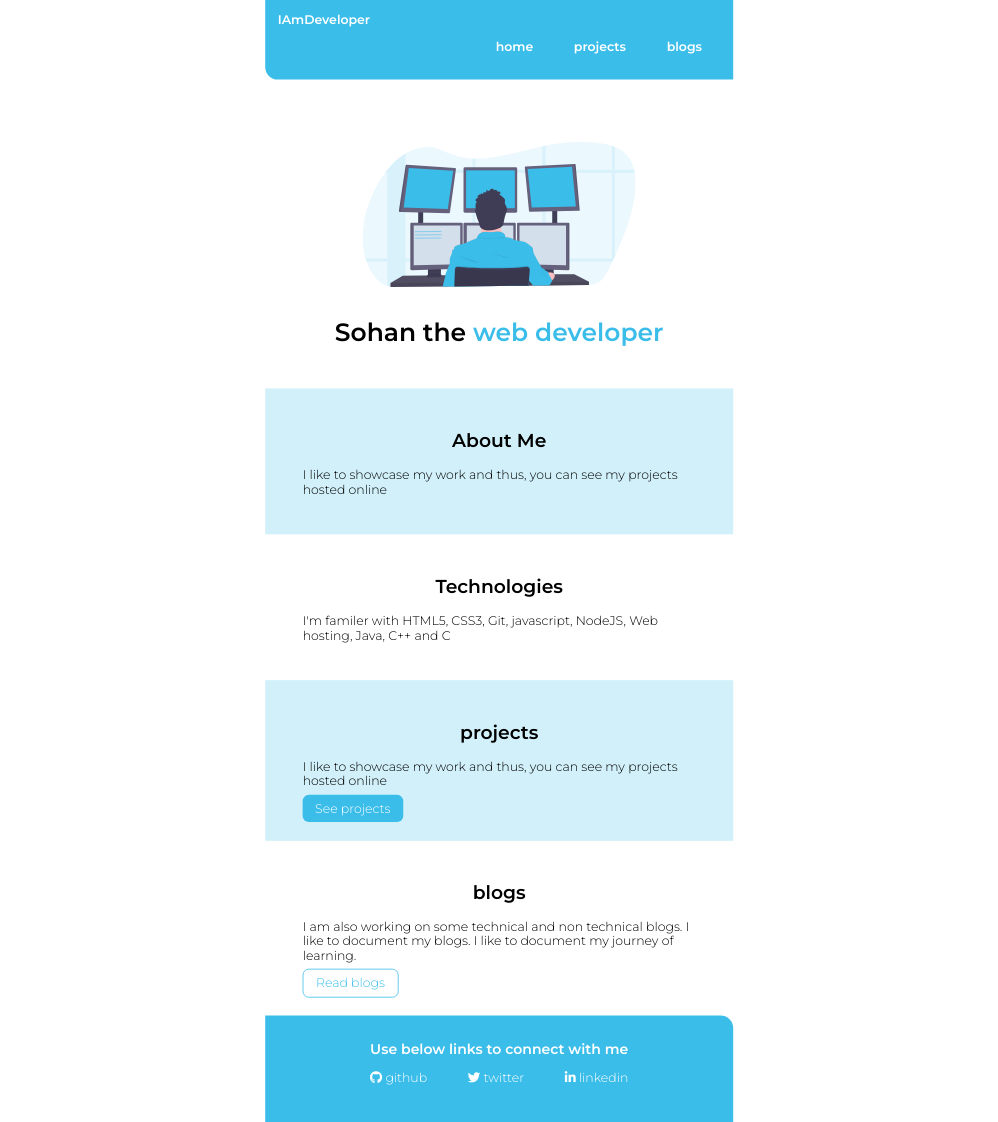
Repository: sohan2503001/Portfolio
Page: index.html
An editor plug-in stored every save of this project. The page is shown before and after the next save, followed by the edit.
The browser window is 1280 px wide. The pictures show the whole page, at 78% of full size.

Above is the page before, as saved 2021-04-06 21:53:22.

### index.html
<!DOCTYPE html>
<html lang="en">

<head>
  <meta charset="UTF-8" />
  <meta name="viewport" content="width=device-width, initial-scale=1.0" />
  <title>home | Sohan Jambhule</title>
  <link rel="stylesheet" href="style.css" />
  <link rel="stylesheet" href="https://cdnjs.cloudflare.com/ajax/libs/font-awesome/5.15.1/css/all.min.css">
  <link rel="icon" href="images/favicon.svg" sizes="any" type="image/svg+xml">

</head>

<body>

  <nav class="navigation container">
    <div class="nav-brand">IAmDeveloper</div>
    <ul class="list-non-bullet nav-pills">
      <li class="list-item-inline">
        <a class="link link-active" href="/">home</a>
      </li>
      <li class="list-item-inline">
        <a class="link link-active" href="projects.html">projects</a>
      </li>
      <li class="list-item-inline">
        <a class="link link-active" href="blogs.html">blogs</a>
      </li>
    </ul>
  </nav>

  <header class="hero">
    <img class="hero-img" src="images/hero.svg" alt="" />
    <h1 class="hero-heading">
      Sohan the <span class="heading-inverted"> web developer</span>
    </h1>
  </header>

  <section class="section ow">
    <div class="container container-center">
      <h1>About Me</h1>
      <p>
        I like to showcase my work and thus, you can see my projects hosted
        online
      </p>
    </div>
  </section>

  <section class="section">
    <div class="container container-center">
      <h1>Technologies</h1>
      <p>
        I'm familer with HTML5, CSS3, Git, javascript, NodeJS, Web hosting,
        Java, C++ and C
      </p>
    </div>
  </section>

  <section class="section ow">
    <div class="container container-center">
      <h1>projects</h1>
      <p>
        I like to showcase my work and thus, you can see my projects hosted
        online
      </p>
      <a class="link link-primary" href="projects.html">See projects</a>
    </div>
  </section>

  <section class="section ">
    <div class="container container-center">
      <h1>blogs</h1>
      <p>
        I am also working on some technical and non technical blogs. I like to
        document my blogs. I like to document my journey of learning.
      </p>
      <a class="link link-secondary" href="blogs.html">Read blogs</a>
    </div>
  </section>

  <footer class="footer">
    <div class="footer-header">Use below links to connect with me</div>
    <ul class="social-links list-non-bullet">
      <li class="list-item-inline">
        <a class="link" href="https://github.com/sohan2503001" target="_blank"><i class="fab fa-github" aria-hidden="true"></i>
          github
        </a>
      </li>
      <li class="list-item-inline">
        <a class="link" href="https://twitter.com/JambhuleSohan" target="_blank"><i class="fab fa-twitter"></i>
          twitter
        </a>
      </li>
      <li class="list-item-inline">
        <a class="link" href="https://www.linkedin.com/in/sohan-jambhule-144528198/" target="_blank"><i class="fab fa-linkedin-in"></i>
          linkedin
        </a>
      </li>

    </ul>
  </footer>

</body>

</html>

### style.css
@import url('https://fonts.googleapis.com/css2?family=Montserrat:wght@300;600&display=swap');

:root{
    --primary-color: #3BBDEA;
    --dark-gray: #4B5563;
    --off-white: #d1f0fa;
}

body {
    font-family: 'Montserrat', sans-serif;
    margin: auto;
    max-width: 600px;
    width: 100%;
}

hr{
    margin: 2rem 0rem;
}

/** container **/
.container{
    padding: 0rem 1rem;
}

.container-center{
    max-width: 600px;
    margin: auto;
}

/** links **/
.link{
    text-decoration: none;
    padding: 0.5rem 1rem;
    /*margin: 1rem 0rem 1rem 0rem;*/
}

.link-primary{
    background-color: var(--primary-color);
    border-radius: 0.5rem;
    color:white;
}

.link-secondary{
    color: var(--primary-color);
    border-radius: 0.5rem;
    border: 1px solid var(--primary-color);
}

/** lists **/

.list-non-bullet{
    list-style: none;
}

.list-item-inline{
    display: inline;
    padding: 0rem 0.5rem;
}

/** navigation **/

.navigation{
    background-color: var(--primary-color);
    color: white;
    padding: 1rem;
    border-bottom-left-radius: 1rem;
}

.navigation .nav-brand{
    font-weight: bold;
}

.navigation .nav-pills{
    text-align: right;
}

.navigation .link{
    color: white;
}

.navigation .link-active{
    font-weight: bold;
}

/**header **/

.hero{
    padding: 2rem;
    padding-top: 5rem;
}

.hero .hero-img{
    max-width: 350px;
    display: block;
    margin: auto;
}

.hero .hero-heading{
    padding-top: 1rem;
    color: var(--dark-red);
    text-align: center;
}

.hero .hero-heading .heading-inverted{
    color: var(--primary-color)
}

/** section **/
.section{
    padding: 2rem;
}

.section h1{
    text-align: center;
}

.ow {
    background-color: var(--off-white);
}

/**footer **/

.footer{
    background-color: var(--primary-color);
    padding: 2rem 1rem;
    text-align: center;
    color: white;
    border-top-right-radius: 1rem;
    position: relative;
}

.footer .link{
    color: white;
}

.footer .footer-header{
    font-weight: bold;
    font-size: large;
}

.footer ul{
    padding-inline-start: 0px;
}

After the next save:
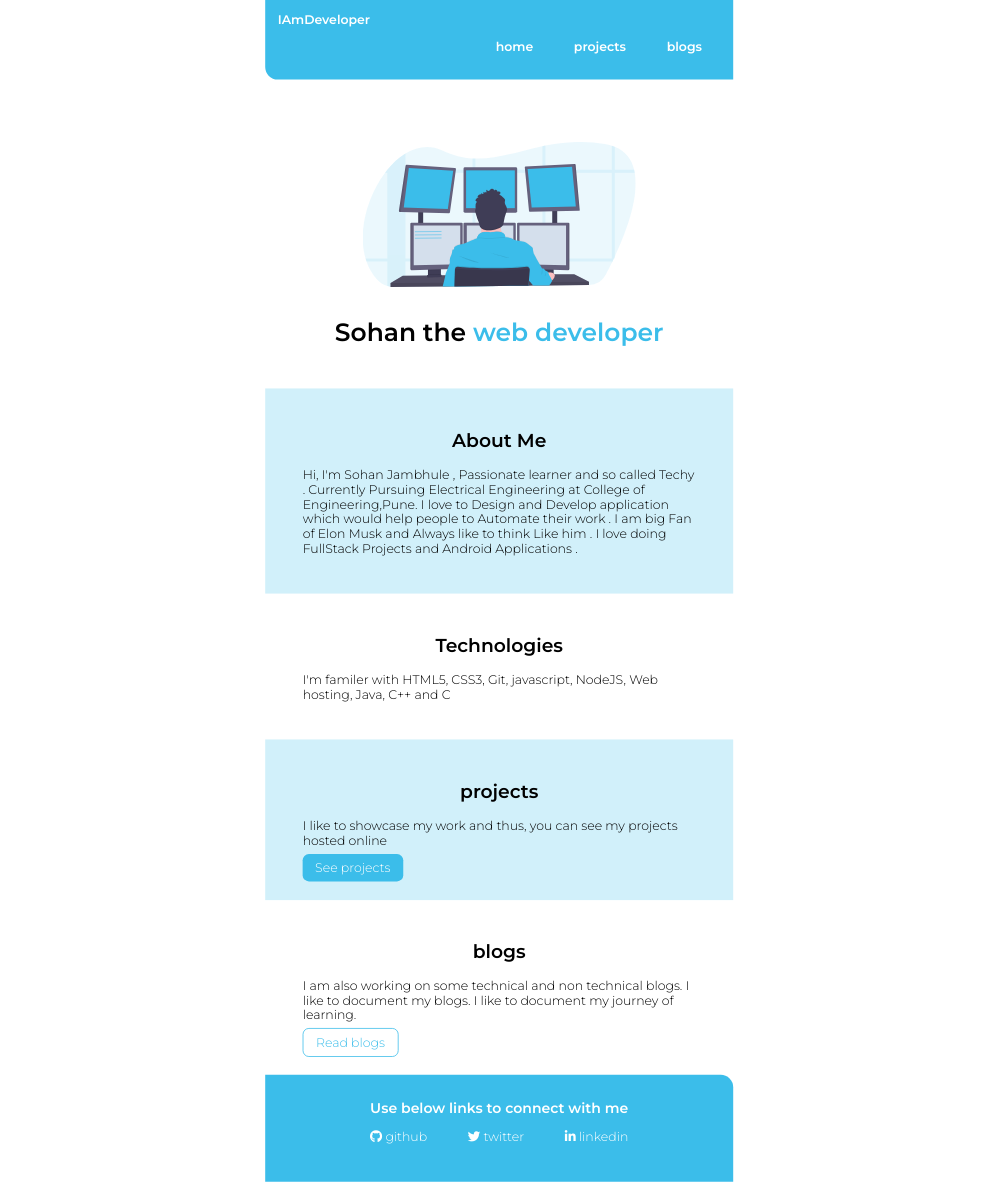
Saved 90 min 34 s later.
--- a/index.html
+++ b/index.html
@@ -39,8 +39,9 @@
     <div class="container container-center">
       <h1>About Me</h1>
       <p>
-        I like to showcase my work and thus, you can see my projects hosted
-        online
+        Hi, I'm Sohan Jambhule , Passionate learner and so called Techy . Currently Pursuing Electrical Engineering at College of Engineering,Pune.
+I love to Design and Develop application which would help people to Automate their work . I am big Fan of Elon Musk and Always like to think
+Like him . I love doing FullStack Projects and Android Applications .
       </p>
     </div>
   </section>
